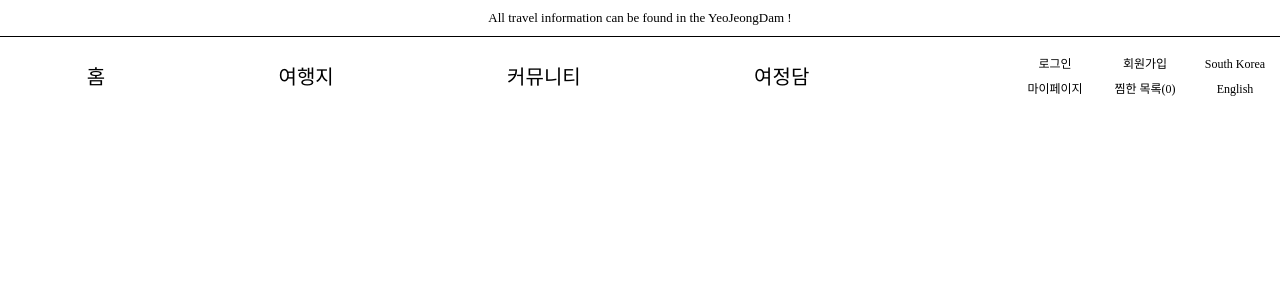
Repository: gaeunlee95/semi
Page: http://localhost/semi/main.jsp
These files come from the project's save history. The page is drawn as it stood at one moment and after the next save; the edit follows.
The browser window is 1280 px wide. The pictures show the whole page.
The page is served by Tomcat 9.

Above is the page before, as saved 2023-12-06 17:52:13.

After the next save:
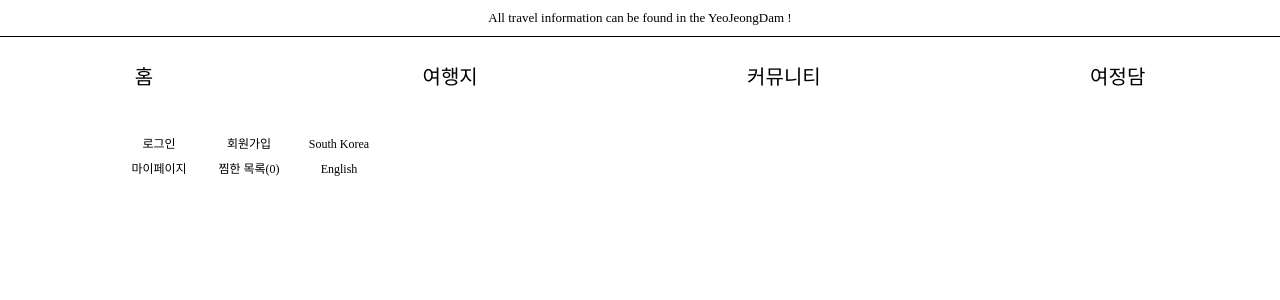
Saved 8 s later.
--- a/semi/src/main/webapp/resources/css/style.css
+++ b/semi/src/main/webapp/resources/css/style.css
@@ -27,7 +27,7 @@
 }
 header #mainMenu{
 	/*width: 700px;*/
-	width: 70%;
+	width: 100%;
 	line-height: 80px;
 }
 header #mainMenu ul{

After the save that followed:
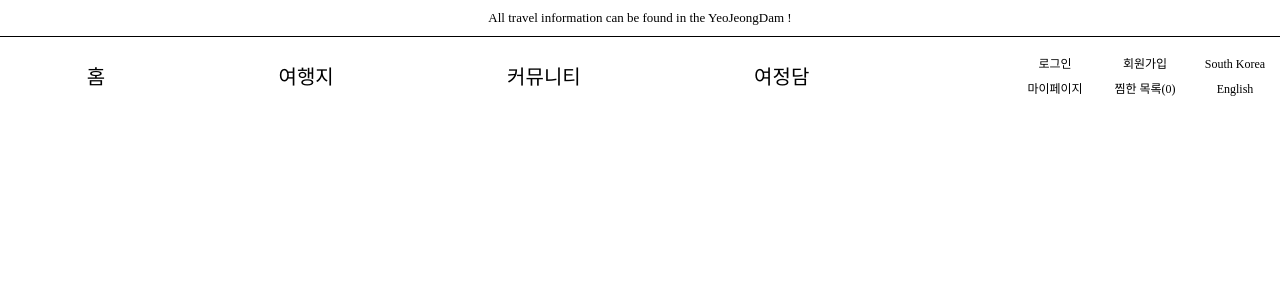
Saved 13 s later.
--- a/semi/src/main/webapp/resources/css/style.css
+++ b/semi/src/main/webapp/resources/css/style.css
@@ -27,7 +27,7 @@
 }
 header #mainMenu{
 	/*width: 700px;*/
-	width: 100%;
+	width: 70%;
 	line-height: 80px;
 }
 header #mainMenu ul{
